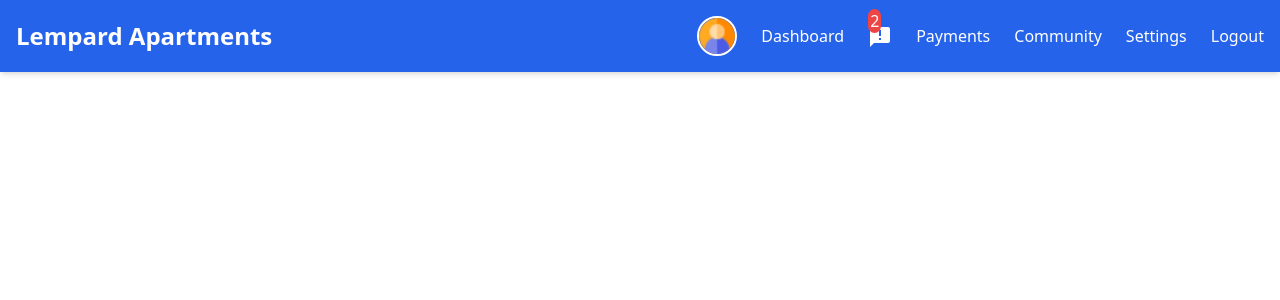
Repository: makanda596/system
Page: /home (app in client/)
An editor plug-in stored every save of this project. The page is shown before and after the next save, followed by the edit.
The browser window is 1280 px wide. The pictures show the whole page.
The project was rebuilt for these pictures with package versions that can differ from the ones it lists, and the page was loaded fresh each time. Also part of the build but not shown: client/src/SignUpForm.jsx, client/src/LoginForm.jsx. Imported but missing from the stored project, and not drawn on this page: client/src/reportWebVitals.

Above is the page before, as saved 2024-12-03 09:41:42.

### client/src/App.js
import React from 'react';
import { BrowserRouter as Router, Route, Routes } from 'react-router-dom';
import Home from './Home.jsx'
import SignUpForm from './SignUpForm.jsx'
import LoginForm from './LoginForm.jsx'
function App() {
  return (
    <div>
      <Router>
        <Routes>
          <Route path="/signup" element={<SignUpForm />} />
          <Route path='/' element={<LoginForm />} />
          <Route path='/home' element={<Home />} />
        </Routes>
      </Router>
    </div>
  );
}

export default App;

### client/src/Home.jsx
import React from 'react';
import Navbar from '../src/componets/Navbar'
function Home() {
    return (
        <div>
            <Navbar />
        </div>
    );
}

export default Home;

### client/src/componets/Navbar.jsx
import React, { useState } from 'react';
import { Link } from 'react-router-dom';
import avatar from '../assets/avatar.png'
import AnnouncementIcon from '@mui/icons-material/Announcement';
function Navbar() {
    const handleLogout = () => {
        // Logic for logging out (e.g., clearing session data, tokens, etc.)
        window.location.href = '/login'; // Redirect to the login page after logout
    };
    const [alert, setAlert] = useState(2)

    return (
        <nav className="bg-blue-600 shadow-md">
            <div className="max-w-7xl mx-auto px-4 py-4 flex justify-between items-center">
                {/* Logo or Apartment Name */}
                <h1 className="text-white text-2xl font-bold">Lempard Apartments</h1>

                {/* Navbar links */}
                <div className="flex space-x-6 items-center text-white">
                    {/* Profile Picture and Profile Link */}
                    <div className="relative">
                        <img
                            src={avatar} // Replace with actual profile picture URL
                            alt=""
                            className="w-10 h-10 rounded-full border-2 border-white"
                        />
                    </div>

                    {/* Dashboard Link */}
                    <Link to="/dashboard" className="hover:text-blue-300">Dashboard</Link>
                    <Link to="/alert" className="relative cursor-pointer">
                        <span className="absolute left-0 inline-block  top-[-14px] ring-0 ">
                            {alert > 0 ? <p className='bg-red-500 rounded-full w-4.5 h-4.4 px-0.5'>{alert} </p> : <p className='bg-green-500 ring-green'>0</p>}
                        </span>
                        <AnnouncementIcon />
                    </Link>
                    {/* Payments Link */}
                    <Link to="/payments" className="hover:text-blue-300">Payments</Link>

                    {/* Community Link */}
                    <Link to="/community" className="hover:text-blue-300">Community</Link>

                    {/* Settings Link */}
                    <Link to="/settings" className="hover:text-blue-300">Settings</Link>




                    {/* Logout Button */}
                    <button onClick={handleLogout} className="hover:text-blue-300">Logout</button>
                </div>
            </div>
        </nav>
    );
}

export default Navbar;

Loaded but not shown: client/src/index.js (common file); client/src/index.css (common file); client/tailwind.config.js (common file)

After the next save:
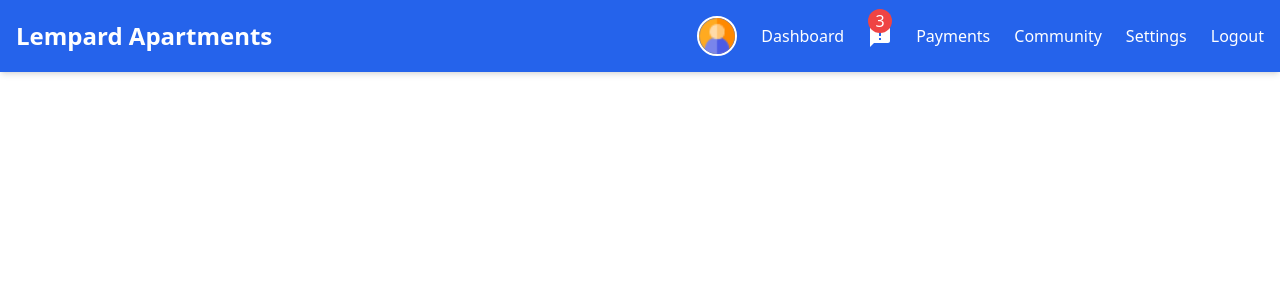
Saved 21 s later.
--- a/client/src/componets/Navbar.jsx
+++ b/client/src/componets/Navbar.jsx
@@ -1,13 +1,15 @@
 import React, { useState } from 'react';
 import { Link } from 'react-router-dom';
-import avatar from '../assets/avatar.png'
+import avatar from '../assets/avatar.png';
 import AnnouncementIcon from '@mui/icons-material/Announcement';
+
 function Navbar() {
     const handleLogout = () => {
         // Logic for logging out (e.g., clearing session data, tokens, etc.)
         window.location.href = '/login'; // Redirect to the login page after logout
     };
-    const [alert, setAlert] = useState(2)
+
+    const [alert, setAlert] = useState(3);
 
     return (
         <nav className="bg-blue-600 shadow-md">
@@ -15,25 +17,32 @@ function Navbar() {
                 {/* Logo or Apartment Name */}
                 <h1 className="text-white text-2xl font-bold">Lempard Apartments</h1>
 
-                {/* Navbar links */}
-                <div className="flex space-x-6 items-center text-white">
+                {/* Navbar Links */}
+                <div className="hidden md:flex space-x-6 items-center text-white">
                     {/* Profile Picture and Profile Link */}
                     <div className="relative">
                         <img
                             src={avatar} // Replace with actual profile picture URL
-                            alt=""
+                            alt="Profile"
                             className="w-10 h-10 rounded-full border-2 border-white"
                         />
                     </div>
 
                     {/* Dashboard Link */}
                     <Link to="/dashboard" className="hover:text-blue-300">Dashboard</Link>
+
+                    {/* Alert Icon */}
                     <Link to="/alert" className="relative cursor-pointer">
-                        <span className="absolute left-0 inline-block  top-[-14px] ring-0 ">
-                            {alert > 0 ? <p className='bg-red-500 rounded-full w-4.5 h-4.4 px-0.5'>{alert} </p> : <p className='bg-green-500 ring-green'>0</p>}
+                        <span className="absolute left-0 inline-block top-[-14px] ring-0">
+                            {alert > 0 ? (
+                                <p className="bg-red-500 rounded-full w-6 h-6 flex items-center justify-center text-white">{alert}</p>
+                            ) : (
+                                <p className="bg-green-500 ring-green w-6 h-6 flex items-center justify-center text-white">0</p>
+                            )}
                         </span>
                         <AnnouncementIcon />
                     </Link>
+
                     {/* Payments Link */}
                     <Link to="/payments" className="hover:text-blue-300">Payments</Link>
 
@@ -43,12 +52,37 @@ function Navbar() {
                     {/* Settings Link */}
                     <Link to="/settings" className="hover:text-blue-300">Settings</Link>
 
-
-
-
                     {/* Logout Button */}
                     <button onClick={handleLogout} className="hover:text-blue-300">Logout</button>
                 </div>
+
+                {/* Mobile Menu Icon */}
+                <div className="md:hidden flex items-center">
+                    <button className="text-white">
+                        <svg xmlns="http://www.w3.org/2000/svg" fill="none" viewBox="0 0 24 24" stroke="currentColor" className="w-6 h-6">
+                            <path strokeLinecap="round" strokeLinejoin="round" strokeWidth="2" d="M4 6h16M4 12h16M4 18h16" />
+                        </svg>
+                    </button>
+                </div>
+            </div>
+
+            {/* Mobile Menu (Hidden on desktop, visible on mobile) */}
+            <div className="md:hidden flex flex-col bg-blue-600 text-white space-y-4 p-4">
+                <Link to="/dashboard" className="hover:text-blue-300">Dashboard</Link>
+                <Link to="/alert" className="relative cursor-pointer">
+                    <span className="absolute left-0 inline-block top-[-14px] ring-0">
+                        {alert > 0 ? (
+                            <p className="bg-red-500 rounded-full w-6 h-6 flex items-center justify-center text-white">{alert}</p>
+                        ) : (
+                            <p className="bg-green-500 ring-green w-6 h-6 flex items-center justify-center text-white">0</p>
+                        )}
+                    </span>
+                    <AnnouncementIcon />
+                </Link>
+                <Link to="/payments" className="hover:text-blue-300">Payments</Link>
+                <Link to="/community" className="hover:text-blue-300">Community</Link>
+                <Link to="/settings" className="hover:text-blue-300">Settings</Link>
+                <button onClick={handleLogout} className="hover:text-blue-300">Logout</button>
             </div>
         </nav>
     );
